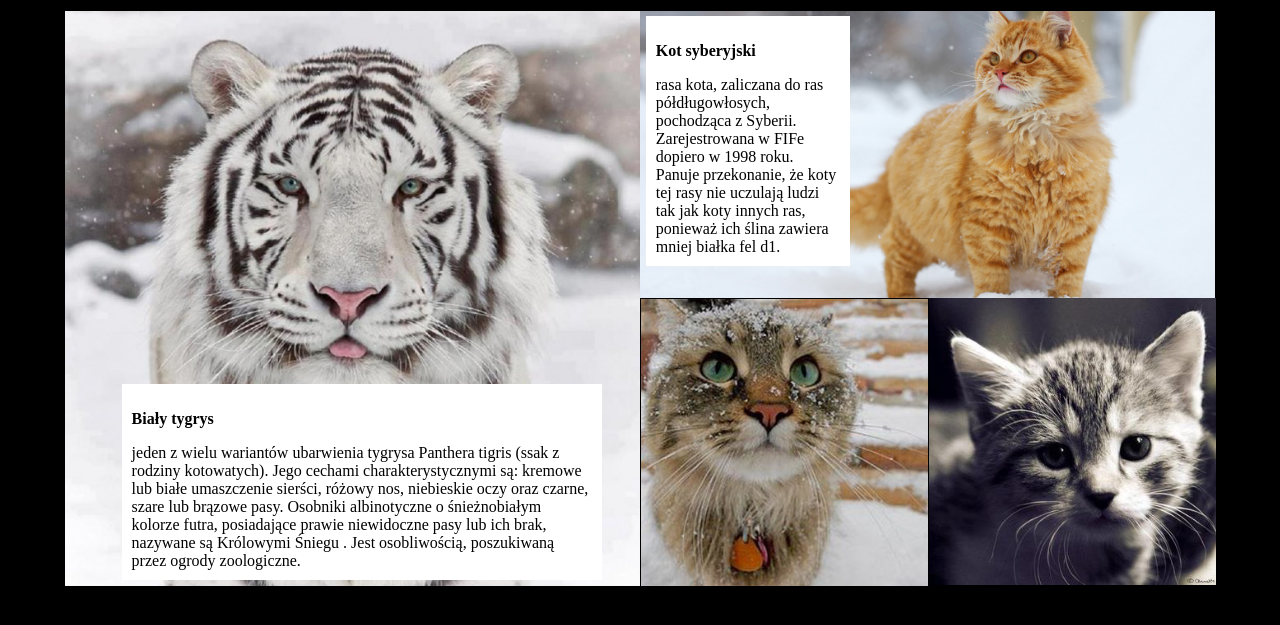
Repository: niebezsensu/Info-Folder
Page: index.html
The author's editor kept a record of every edit. The page is drawn from the files as they stood at one moment, then again after the next edit.
The browser window is 1280 px wide. The pictures show the whole page.
Pictures or frames that could not be fetched are drawn as grey boxes.

Above is the page before.

After the next edit:
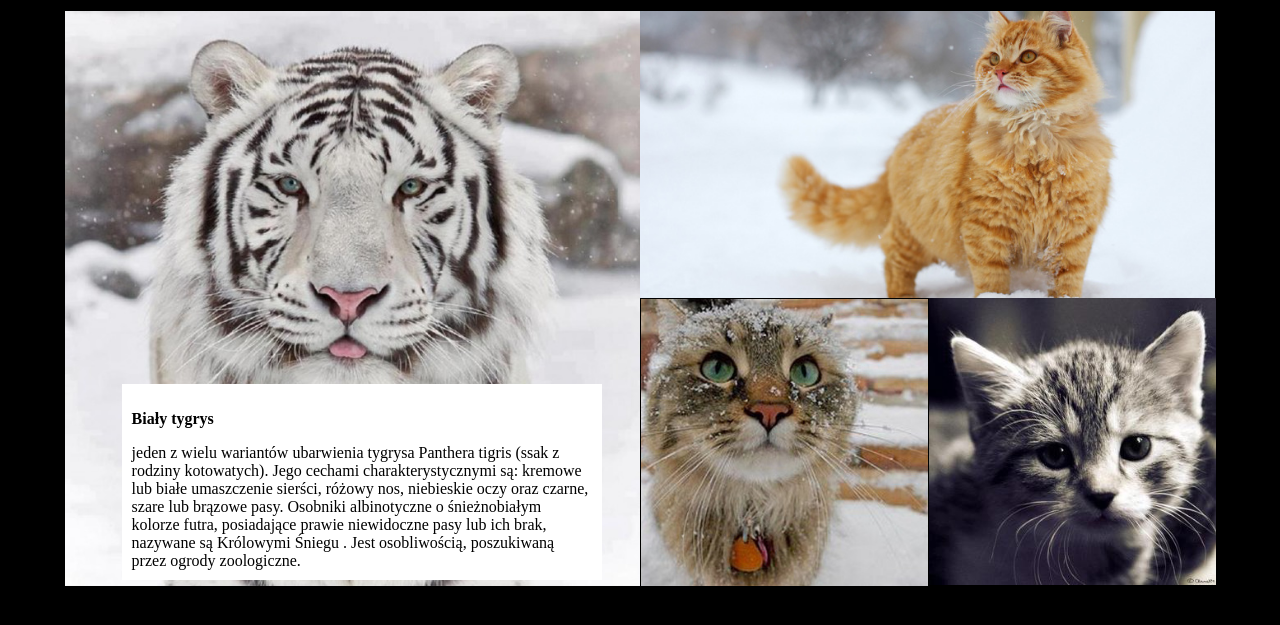
The edit:
--- a/js/folder.js
+++ b/js/folder.js
@@ -57,6 +57,8 @@
         bottom: 0
     }, 200, "linear", function() {});
 
+    $('.second-spot .content').toggle(1000);
+
     var fourthSpotBoxTop = $(".fourth-spot").width();
     $(".fourth-spot .box").css('left', fourthSpotBoxTop);
     $(".fourth-spot .box").show();
